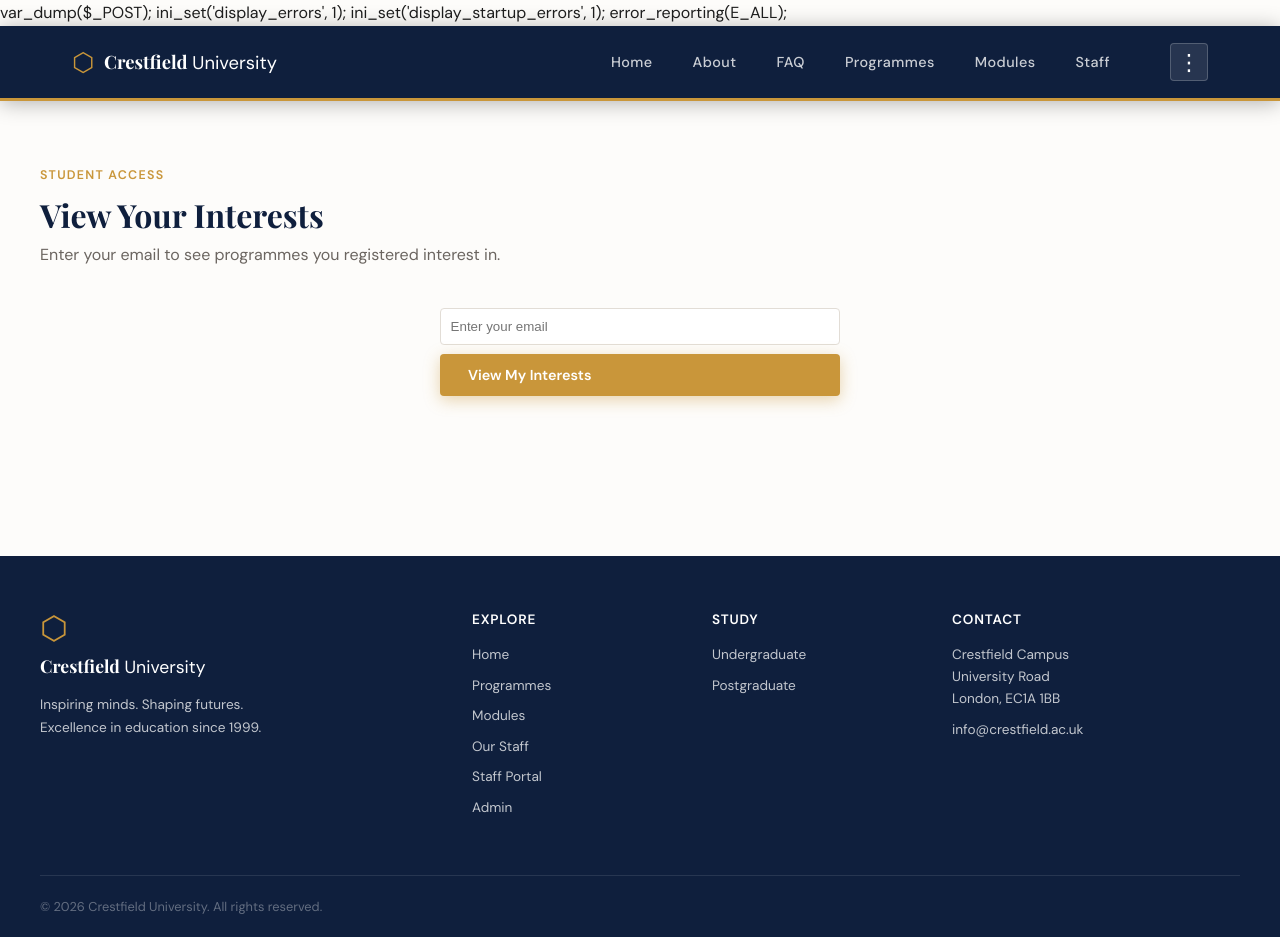
Repository: dowrinprity-blip/Web-Project
Page: http://localhost/University/my-interests.php
The author's editor kept a copy of each file at every save. The page is drawn from the files as they stood at one save, then again after the next save.
The browser window is 1280 px wide. The pictures show the whole page.
The page is run by PHP 8.4 with error messages shown; the project is at /var/www/html/.

Above is the page before, as saved 2026-03-25 19:27:46.

### my-interests.php
var_dump($_POST);
ini_set('display_errors', 1);
ini_set('display_startup_errors', 1);
error_reporting(E_ALL);

<?php



require_once 'includes/db.php';
include 'includes/header.php';

$interests = [];
$email = '';

if ($_SERVER['REQUEST_METHOD'] === 'POST') {
    $email = $conn->real_escape_string($_POST['email']);

    $sql = "SELECT i.*, p.ProgrammeName, p.Description
            FROM interestedstudents i
            JOIN Programmes p ON i.ProgrammeID = p.ProgrammeID
            WHERE i.Email = '$email'
            ORDER BY i.RegisteredAt DESC";

    $result = $conn->query($sql);
$result = $conn->query($sql);

if(!$result) {
    die("Query failed: " . $conn->error);
}

    if ($result && $result->num_rows > 0) {
        while ($row = $result->fetch_assoc()) {
            $interests[] = $row;
        }
    } else {
        $error = "No interests found for this email.";
    }
}
?>

<section class="section">
    <div class="section-inner">

        <div class="section-header">
            <div class="eyebrow">Student Access</div>
            <h2>View Your Interests</h2>
            <p>Enter your email to see programmes you registered interest in.</p>
        </div>

        <!-- FORM -->
        <form method="POST" action="<?= htmlspecialchars($_SERVER['PHP_SELF']); ?>" style="max-width:400px;margin:0 auto 2rem;">
    <input type="email" name="email" placeholder="Enter your email" required
           value="<?= htmlspecialchars($email) ?>"
           style="width:100%;padding:.6rem;margin-bottom:.6rem;border:1px solid var(--border);border-radius:var(--radius);">
    <button type="submit" class="btn btn-gold" style="width:100%;">View My Interests</button>
</form>

        <?php if(isset($error)): ?>
            <div class="alert alert-error" style="text-align:center;">
                <?= $error ?>
            </div>
        <?php endif; ?>

        <!-- RESULTS -->
        <?php if(!empty($interests)): ?>
            <div class="cards-grid" style="grid-template-columns: repeat(auto-fill, minmax(280px, 1fr)); gap:1.5rem;">

                <?php foreach($interests as $item): ?>
                    <div class="card">
                        <div class="card-body" style="text-align:center;align-items:center;">

                            <h3><?= htmlspecialchars($item['ProgrammeName']) ?></h3>

                            <p style="font-size:.85rem;color:var(--text-muted);">
                                <?= htmlspecialchars(substr($item['Description'], 0, 120)) ?>...
                            </p>

                            <p style="font-size:.75rem;color:var(--text-muted);margin-top:.5rem;">
                                Registered on: <?= $item['RegisteredAt'] ?>
                            </p>

                            <a href="programme_detail.php?id=<?= $item['ProgrammeID'] ?>"
                               class="btn btn-navy"
                               style="margin-top:.75rem;">
                                View Programme →
                            </a>

                        </div>
                    </div>
                <?php endforeach; ?>

            </div>
        <?php endif; ?>

    </div>
</section>

<?php include 'includes/footer.php'; ?>

### includes/db.php
<?php
require_once __DIR__ . '/config.php';

// Create connection
function getDBConnection() {
    $conn = new mysqli(DB_HOST, DB_USER, DB_PASS, DB_NAME);

    if ($conn->connect_error) {
        die("Connection failed: " . $conn->connect_error);
    }

    $conn->set_charset("utf8mb4");
    return $conn;
}

// Global connection
$conn = getDBConnection();

function checkDatabaseExists() {
    $conn = new mysqli(DB_HOST, DB_USER, DB_PASS);
    $result = $conn->query("SELECT SCHEMA_NAME FROM INFORMATION_SCHEMA.SCHEMATA WHERE SCHEMA_NAME = '" . DB_NAME . "'");
    return $result->num_rows > 0;
}
?>

### includes/config.php
<?php
/**
 * Central Configuration File - Load this first in all includes
 */

// ==================== BASE URL DETECTION ====================
if (!function_exists('detectBaseUrl')) {
    function detectBaseUrl() {
        $protocol = isset($_SERVER['HTTPS']) && $_SERVER['HTTPS'] === 'on' ? 'https://' : 'http://';
        $host = $_SERVER['HTTP_HOST'];
        $scriptName = $_SERVER['SCRIPT_NAME'];

        $basePath = dirname(dirname($scriptName));
        $basePath = str_replace('\\', '/', $basePath);

        if ($basePath == '/' || $basePath == '\\') {
            $basePath = '';
        }

        return rtrim($protocol . $host . $basePath, '/');
    }
}

if (!defined('BASE_URL')) {
    define('BASE_URL', 'http://localhost/University');
}

// ==================== DATABASE CONSTANTS ====================
if (!defined('DB_HOST')) {
    define('DB_HOST', 'localhost');
    define('DB_USER', 'root');
    define('DB_PASS', '');
    define('DB_NAME', 'student_course_hub');
}
?>

### includes/header.php
<?php
$current_page = basename($_SERVER['PHP_SELF']);
if (!function_exists('isStudentLoggedIn')) {
    require_once __DIR__ . '/auth.php';
}

$staffLoggedIn   = function_exists('isStaffLoggedIn')   && isStaffLoggedIn();
$studentLoggedIn = function_exists('isStudentLoggedIn') && isStudentLoggedIn();
$adminLoggedIn   = function_exists('isAdminLoggedIn')   && isAdminLoggedIn();
?>
<!DOCTYPE html>
<html lang="en">
<head>
    <meta charset="UTF-8">
    <meta name="viewport" content="width=device-width, initial-scale=1.0">
    <title><?= isset($page_title) ? htmlspecialchars($page_title) . ' — ' : '' ?>Crestfield University</title>
    <link rel="preconnect" href="https://fonts.googleapis.com">
    <link rel="preconnect" href="https://fonts.gstatic.com" crossorigin>
    <link href="https://fonts.googleapis.com/css2?family=Playfair+Display:wght@400;600;700;900&family=DM+Sans:wght@300;400;500;600&display=swap" rel="stylesheet">
    <link rel="stylesheet" href="<?= BASE_URL ?>/css/style.css">
    <style>
        .portal-menu-wrap { position: relative; margin-left: .5rem; }
        .portal-dots-btn {
            background: rgba(255,255,255,.1);
            border: 1px solid rgba(255,255,255,.2);
            color: #fff; border-radius: var(--radius);
            width: 38px; height: 38px;
            display: flex; align-items: center; justify-content: center;
            cursor: pointer; font-size: 1.4rem; transition: background .2s; flex-shrink: 0;
        }
        .portal-dots-btn:hover { background: rgba(201,150,58,.25); }
        .portal-dropdown {
            display: none; position: absolute; right: 0; top: calc(100% + 10px);
            background: #fff; border-radius: var(--radius-lg);
            box-shadow: 0 12px 40px rgba(11,29,58,.22);
            min-width: 230px; overflow: hidden; z-index: 500;
            border: 1px solid var(--border);
        }
        .portal-dropdown.open { display: block; }
        .portal-dropdown-header {
            background: var(--navy); color: rgba(255,255,255,.6);
            font-size: .68rem; font-weight: 700; letter-spacing: .1em;
            text-transform: uppercase; padding: .65rem 1.1rem;
        }
        .portal-dropdown a {
            display: flex; align-items: center; gap: .75rem;
            padding: .75rem 1.1rem; font-size: .88rem; font-weight: 500;
            color: var(--navy); border-bottom: 1px solid #f5f2ee; transition: background .15s;
        }
        .portal-dropdown a:last-child { border-bottom: none; }
        .portal-dropdown a:hover { background: #fdf9f3; }
        .portal-dropdown a .pd-icon { font-size: 1rem; width: 22px; text-align: center; }
        .portal-dropdown a .pd-label { flex: 1; }
        .portal-dropdown a .pd-arrow { font-size: .8rem; color: var(--gold); }
        .portal-dropdown a.pd-active { background: #fdf6e3; font-weight: 600; }
        .portal-dropdown a.pd-logout { color: #922b21; }
        .portal-dropdown a.pd-logout:hover { background: #fdecea; }
    </style>
</head>
<body>

<header class="site-header">
    <div class="header-inner">
        <a href="<?= BASE_URL ?>/index.php" class="logo">
            <span class="logo-crest">⬡</span>
            <span class="logo-text"><strong>Crestfield</strong> University</span>
        </a>

        <nav class="main-nav">
            <a href="<?= BASE_URL ?>/index.php"           class="<?= $current_page === 'index.php'           ? 'active' : '' ?>">Home</a>
            <a href="<?= BASE_URL ?>/index.php#about">About</a>
            <a href="<?= BASE_URL ?>/index.php#faq">FAQ</a>
            <a href="<?= BASE_URL ?>/programmes.php"      class="<?= $current_page === 'programmes.php'      ? 'active' : '' ?>">Programmes</a>
            <a href="<?= BASE_URL ?>/modules.php"         class="<?= $current_page === 'modules.php'         ? 'active' : '' ?>">Modules</a>
            <a href="<?= BASE_URL ?>/staff_directory.php" class="<?= $current_page === 'staff_directory.php' ? 'active' : '' ?>">Staff</a>
        </nav>

        <!-- 3-dot portal menu -->
        <div class="portal-menu-wrap">
            <button class="portal-dots-btn" onclick="togglePortalMenu()" aria-label="Portal menu" title="Login / My Portal">⋮</button>

            <div class="portal-dropdown" id="portal-dropdown">

                <?php if ($adminLoggedIn): ?>
                <div class="portal-dropdown-header">Admin Portal</div>
                <a href="<?= BASE_URL ?>/admin/index.php" class="pd-active">
                    <span class="pd-icon">🛡️</span><span class="pd-label">Admin Dashboard</span><span class="pd-arrow">→</span>
                </a>
                <a href="<?= BASE_URL ?>/admin/logout.php" class="pd-logout">
                    <span class="pd-icon">⏻</span><span class="pd-label">Sign Out</span>
                </a>

                <?php elseif ($staffLoggedIn): ?>
                <?php $sd = getLoggedInStaff(); ?>
                <div class="portal-dropdown-header">Staff Portal</div>
                <a href="<?= BASE_URL ?>/staff/dashboard.php" class="pd-active">
                    <span class="pd-icon">👤</span><span class="pd-label"><?= htmlspecialchars($sd['Name'] ?? 'My Portal') ?></span><span class="pd-arrow">→</span>
                </a>
                <a href="<?= BASE_URL ?>/staff/profile.php">
                    <span class="pd-icon">✏️</span><span class="pd-label">My Profile</span><span class="pd-arrow">→</span>
                </a>
                <a href="<?= BASE_URL ?>/staff/my_modules.php">
                    <span class="pd-icon">📚</span><span class="pd-label">My Modules</span><span class="pd-arrow">→</span>
                </a>
                <a href="<?= BASE_URL ?>/staff/logout.php" class="pd-logout">
                    <span class="pd-icon">⏻</span><span class="pd-label">Sign Out</span>
                </a>

                <?php elseif ($studentLoggedIn): ?>
                <?php $stu = getLoggedInStudent(); ?>
                <div class="portal-dropdown-header">Student Portal</div>
                <a href="<?= BASE_URL ?>/student/dashboard.php" class="pd-active">
                    <span class="pd-icon">🎓</span><span class="pd-label"><?= htmlspecialchars($stu['FullName'] ?? 'My Portal') ?></span><span class="pd-arrow">→</span>
                </a>
                <a href="<?= BASE_URL ?>/student/my_profile.php">
                    <span class="pd-icon">👤</span><span class="pd-label">My Profile</span><span class="pd-arrow">→</span>
                </a>
                <a href="<?= BASE_URL ?>/student/my_interests.php">
                    <span class="pd-icon">⭐</span><span class="pd-label">My Interests</span><span class="pd-arrow">→</span>
                </a>
                <a href="<?= BASE_URL ?>/student/logout.php" class="pd-logout">
                    <span class="pd-icon">⏻</span><span class="pd-label">Sign Out</span>
                </a>

                <?php else: ?>
                <form method="POST" action="">
    <label for="email">Enter your email to see your interests:</label>
    <input type="email" name="email" id="email" required>
    <button type="submit">View My Interests</button>
</form>

                <div class="portal-dropdown-header">Student Access</div>
                <a href="<?= BASE_URL ?>/student/login.php">
                    <span class="pd-icon">🎓</span><span class="pd-label">Student Login</span><span class="pd-arrow">→</span>
                </a>

                <div class="portal-dropdown-header">Staff Access</div>
                <a href="<?= BASE_URL ?>/staff/login.php">
                    <span class="pd-icon">👔</span><span class="pd-label">Staff Login</span><span class="pd-arrow">→</span>
                </a>
                <div class="portal-dropdown-header">Admin Access</div>
                <a href="<?= BASE_URL ?>/admin/login.php">
                    <span class="pd-icon">🛡️</span><span class="pd-label">Admin Login</span><span class="pd-arrow">→</span>
                </a>
                <?php endif; ?>

            </div>
        </div>

        <button class="nav-toggle" onclick="document.querySelector('.main-nav').classList.toggle('open')">☰</button>
    </div>
</header>

<script>
function togglePortalMenu() {
    document.getElementById('portal-dropdown').classList.toggle('open');
}
document.addEventListener('click', function(e) {
    var wrap = document.querySelector('.portal-menu-wrap');
    if (wrap && !wrap.contains(e.target)) {
        document.getElementById('portal-dropdown').classList.remove('open');
    }
});
</script>

### includes/footer.php
<footer class="site-footer">
    <div class="footer-inner">
        <div class="footer-brand">
            <span class="logo-crest">⬡</span>
            <span class="logo-text"><strong>Crestfield</strong> University</span>
            <p>Inspiring minds. Shaping futures.<br>Excellence in education since 1999.</p>
        </div>
        <div class="footer-links">
            <h4>Explore</h4>
            <a href="<?= BASE_URL ?>/index.php">Home</a>
            <a href="<?= BASE_URL ?>/programmes.php">Programmes</a>
            <a href="<?= BASE_URL ?>/modules.php">Modules</a>
            <a href="<?= BASE_URL ?>/staff_directory.php">Our Staff</a>
            <a href="<?= BASE_URL ?>/staff_portal.php">Staff Portal</a>
            <a href="<?= BASE_URL ?>/admin/login.php">Admin</a>
        </div>
        <div class="footer-links">
            <h4>Study</h4>
            <a href="<?= BASE_URL ?>/programmes.php?level=1">Undergraduate</a>
            <a href="<?= BASE_URL ?>/programmes.php?level=2">Postgraduate</a>
        </div>
        <div class="footer-contact">
            <h4>Contact</h4>
            <p>Crestfield Campus<br>University Road<br>London, EC1A 1BB</p>
            <p>info@crestfield.ac.uk</p>
        </div>
    </div>
    <div class="footer-bottom">
        <p>&copy; <?= date('Y') ?> Crestfield University. All rights reserved.</p>
    </div>
</footer>
<script src="<?= BASE_URL ?>/js/main.js"></script>
</body>
</html>

Loaded but not shown: js/main.js (22 lines, source omitted); css/style.css (525 lines, source omitted); includes/auth.php (554 lines, source omitted)

After the next save:
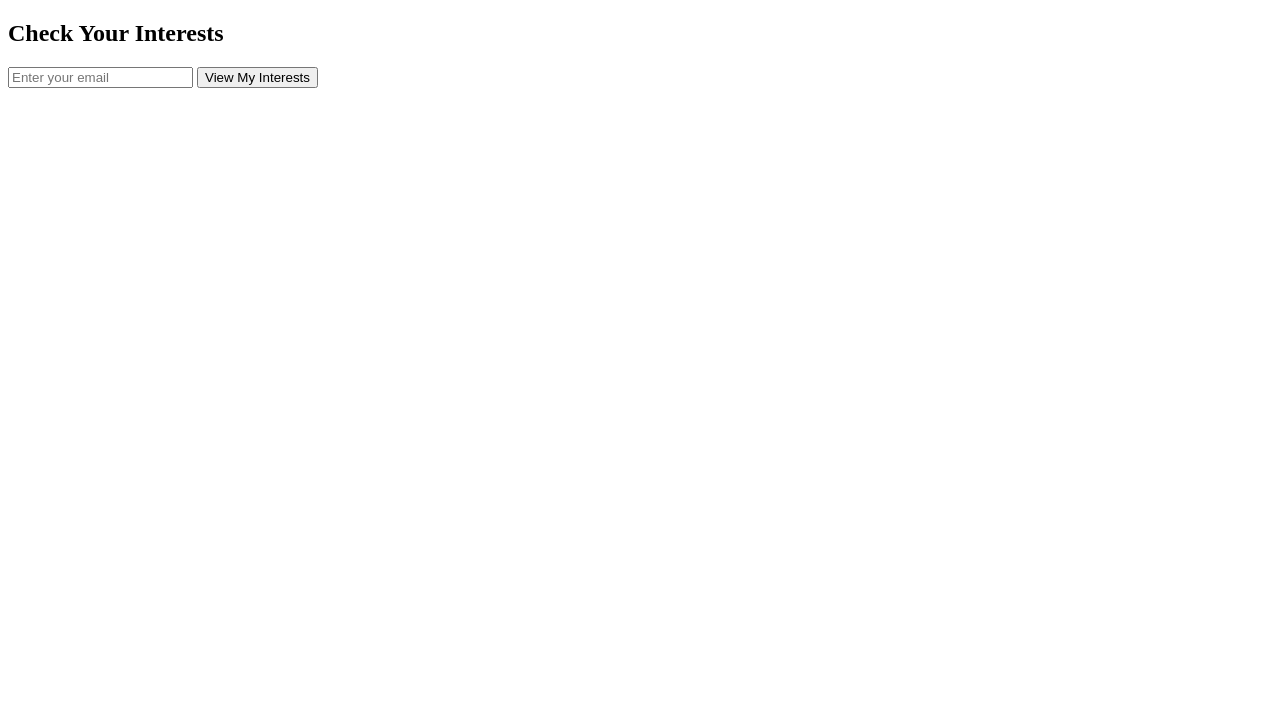
Saved 79 s later.
--- a/my-interests.php
+++ b/my-interests.php
@@ -1,99 +1,63 @@
-var_dump($_POST);
+<?php
+require_once 'includes/db.php';
 ini_set('display_errors', 1);
 ini_set('display_startup_errors', 1);
 error_reporting(E_ALL);
 
-<?php
-
-
-
-require_once 'includes/db.php';
-include 'includes/header.php';
-
+$email = '';
 $interests = [];
-$email = '';
 
 if ($_SERVER['REQUEST_METHOD'] === 'POST') {
-    $email = $conn->real_escape_string($_POST['email']);
+    $email = trim($_POST['email']);
 
-    $sql = "SELECT i.*, p.ProgrammeName, p.Description
-            FROM interestedstudents i
-            JOIN Programmes p ON i.ProgrammeID = p.ProgrammeID
-            WHERE i.Email = '$email'
-            ORDER BY i.RegisteredAt DESC";
+    if (!empty($email)) {
+        // Query the DB
+        $sql = "SELECT ProgrammeID, StudentName, RegisteredAt
+                FROM interestedstudents
+                WHERE Email = ?";
+        $stmt = $conn->prepare($sql);
+        $stmt->bind_param("s", $email);
+        $stmt->execute();
+        $result = $stmt->get_result();
 
-    $result = $conn->query($sql);
-$result = $conn->query($sql);
-
-if(!$result) {
-    die("Query failed: " . $conn->error);
-}
-
-    if ($result && $result->num_rows > 0) {
-        while ($row = $result->fetch_assoc()) {
-            $interests[] = $row;
+        if ($result->num_rows > 0) {
+            $interests = $result->fetch_all(MYSQLI_ASSOC);
+        } else {
+            $interests = null; // no interests found
         }
-    } else {
-        $error = "No interests found for this email.";
     }
 }
 ?>
 
-<section class="section">
-    <div class="section-inner">
+<!DOCTYPE html>
+<html>
+<head>
+    <title>My Interests</title>
+</head>
+<body>
+<h2>Check Your Interests</h2>
 
-        <div class="section-header">
-            <div class="eyebrow">Student Access</div>
-            <h2>View Your Interests</h2>
-            <p>Enter your email to see programmes you registered interest in.</p>
-        </div>
-
-        <!-- FORM -->
-        <form method="POST" action="<?= htmlspecialchars($_SERVER['PHP_SELF']); ?>" style="max-width:400px;margin:0 auto 2rem;">
-    <input type="email" name="email" placeholder="Enter your email" required
-           value="<?= htmlspecialchars($email) ?>"
-           style="width:100%;padding:.6rem;margin-bottom:.6rem;border:1px solid var(--border);border-radius:var(--radius);">
-    <button type="submit" class="btn btn-gold" style="width:100%;">View My Interests</button>
+<form method="POST" action="">
+    <input type="email" name="email" placeholder="Enter your email" value="<?= htmlspecialchars($email) ?>" required>
+    <button type="submit">View My Interests</button>
 </form>
 
-        <?php if(isset($error)): ?>
-            <div class="alert alert-error" style="text-align:center;">
-                <?= $error ?>
-            </div>
-        <?php endif; ?>
+<?php if ($_SERVER['REQUEST_METHOD'] === 'POST'): ?>
+    <?php if ($interests === null): ?>
+        <p>No interests found for <?= htmlspecialchars($email) ?>.</p>
+    <?php else: ?>
+        <h3>Interests for <?= htmlspecialchars($email) ?>:</h3>
+        <ul>
+            <?php foreach ($interests as $i): ?>
+                <li>
+                    Programme ID: <?= htmlspecialchars($i['ProgrammeID']) ?>,
+                    Student Name: <?= htmlspecialchars($i['StudentName']) ?>,
+                    Registered At: <?= htmlspecialchars($i['RegisteredAt']) ?>
+                </li>
+            <?php endforeach; ?>
+        </ul>
+    <?php endif; ?>
+<?php endif; ?>
 
-        <!-- RESULTS -->
-        <?php if(!empty($interests)): ?>
-            <div class="cards-grid" style="grid-template-columns: repeat(auto-fill, minmax(280px, 1fr)); gap:1.5rem;">
-
-                <?php foreach($interests as $item): ?>
-                    <div class="card">
-                        <div class="card-body" style="text-align:center;align-items:center;">
-
-                            <h3><?= htmlspecialchars($item['ProgrammeName']) ?></h3>
-
-                            <p style="font-size:.85rem;color:var(--text-muted);">
-                                <?= htmlspecialchars(substr($item['Description'], 0, 120)) ?>...
-                            </p>
-
-                            <p style="font-size:.75rem;color:var(--text-muted);margin-top:.5rem;">
-                                Registered on: <?= $item['RegisteredAt'] ?>
-                            </p>
-
-                            <a href="programme_detail.php?id=<?= $item['ProgrammeID'] ?>"
-                               class="btn btn-navy"
-                               style="margin-top:.75rem;">
-                                View Programme →
-                            </a>
-
-                        </div>
-                    </div>
-                <?php endforeach; ?>
-
-            </div>
-        <?php endif; ?>
-
-    </div>
-</section>
-
-<?php include 'includes/footer.php'; ?>
+</body>
+</html>
